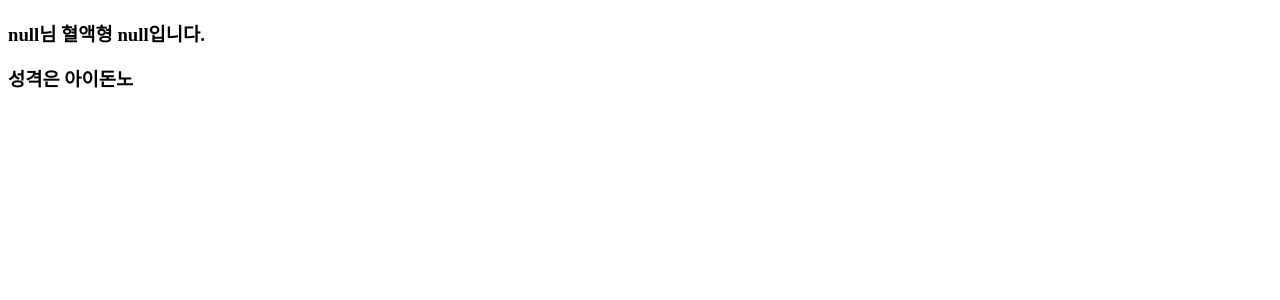
Repository: j-hee-98/Servlet-JSP
Page: http://localhost/WS_0414/AB.jsp
These files come from the project's save history. The page is drawn as it stood at one moment and after the next save; the edit follows.
The browser window is 1280 px wide. The pictures show the whole page.
The page is served by Tomcat 10.

Above is the page before, as saved 2025-04-14 08:46:24.

After the next save:
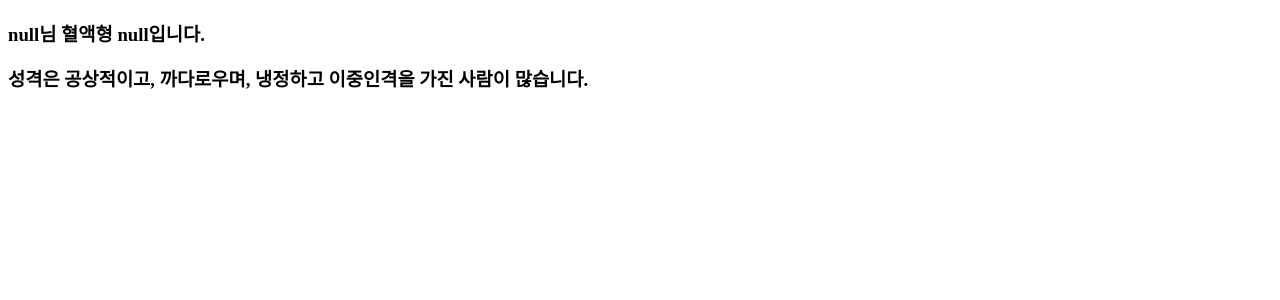
Saved 29 s later.
--- a/WS_0414/src/main/webapp/AB.jsp
+++ b/WS_0414/src/main/webapp/AB.jsp
@@ -10,6 +10,6 @@
 	<h3>
 	<%=request.getParameter("name") %>님 혈액형 <%=request.getParameter("blood") %>입니다.
 	</h3>
-	<h3>성격은 아이돈노</h3>
+	<h3>성격은 공상적이고, 까다로우며, 냉정하고 이중인격을 가진 사람이 많습니다.</h3>
 </body>
 </html>
